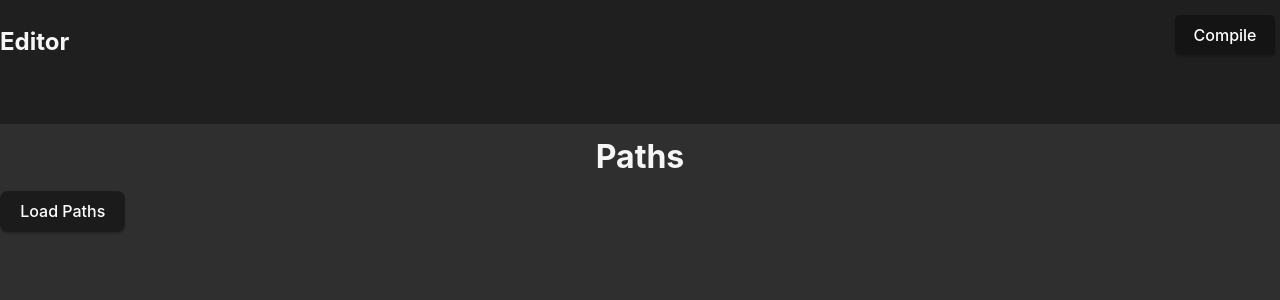
Repository: toasted226/visual-scripting-js
Page: /
These files come from the project's save history. The page is drawn as it stood at one moment and after the next save; the edit follows.
The browser window is 1280 px wide. The pictures show the whole page.
The project was rebuilt for these pictures with package versions that can differ from the ones it lists, and the page was loaded fresh each time. Also part of the build but not shown: vite.config.ts.

Above is the page before, as saved 2023-06-12 19:05:22.

After the next save:
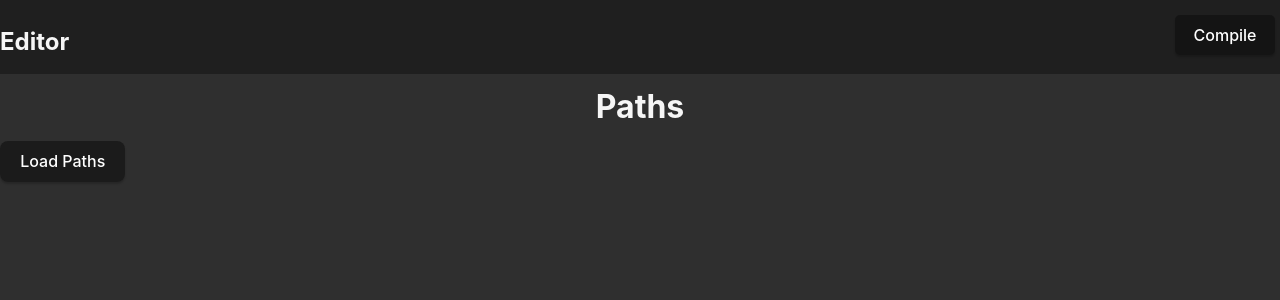
Saved 10 s later.
--- a/src/Navbar.css
+++ b/src/Navbar.css
@@ -1,7 +1,7 @@
 .navbar {
     background-color: #1f1f1f;
     margin: 0;
-    padding: 10px 0 50px 0;
+    padding: 10px 0 0 0;
     display: flex;
     justify-content: space-between;
 }
